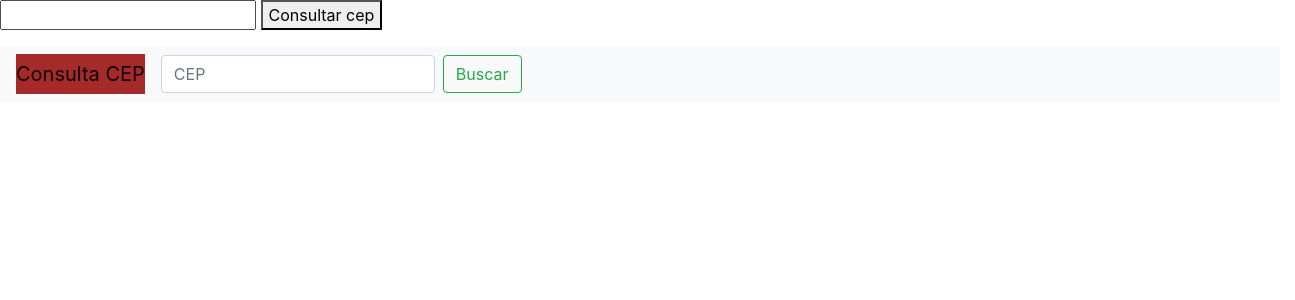
Repository: DaniloBaracho/jquery
Page: index.html
An editor plug-in stored every save of this project. The page is shown before and after the next save, followed by the edit.
The browser window is 1280 px wide. The page is 1280 px wide, then 1295 px, so the pictures cover 1295 px, including what lies to the right of the window. The pictures show the whole page.

Above is the page before, as saved 2020-06-19 18:22:55.

After the next save:
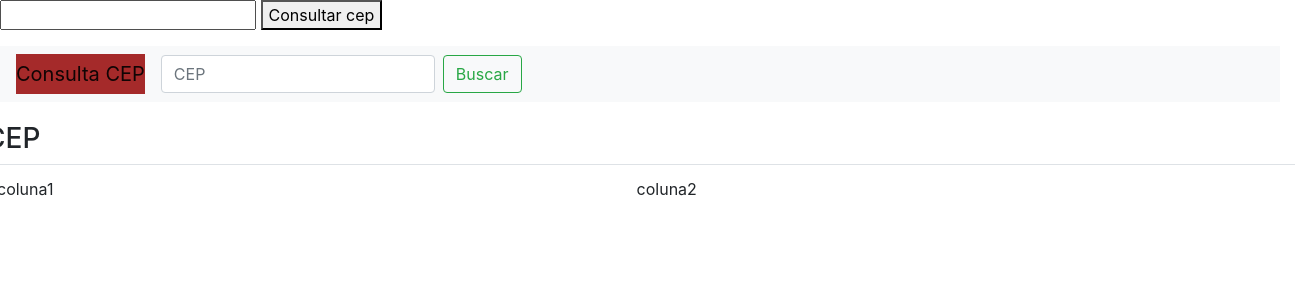
Saved 8 min 39 s later.
--- a/index.html
+++ b/index.html
@@ -25,5 +25,24 @@
               </div>
 
           </nav>
+          <div class="orgtable" style="margin-top: 20px;">
+              <div class="row">
+                <h3>CEP</h3>
+              </div>
+              <div class="row">
+                  <table class="table">
+                    <tbody>
+                        <tr>
+                            <td>
+                                coluna1
+                            </td>
+                            <td>
+                                coluna2
+                            </td>
+                        </tr>
+                    </tbody>
+                  </table>
+              </div>
+          </div>
     </body>
 </html>
